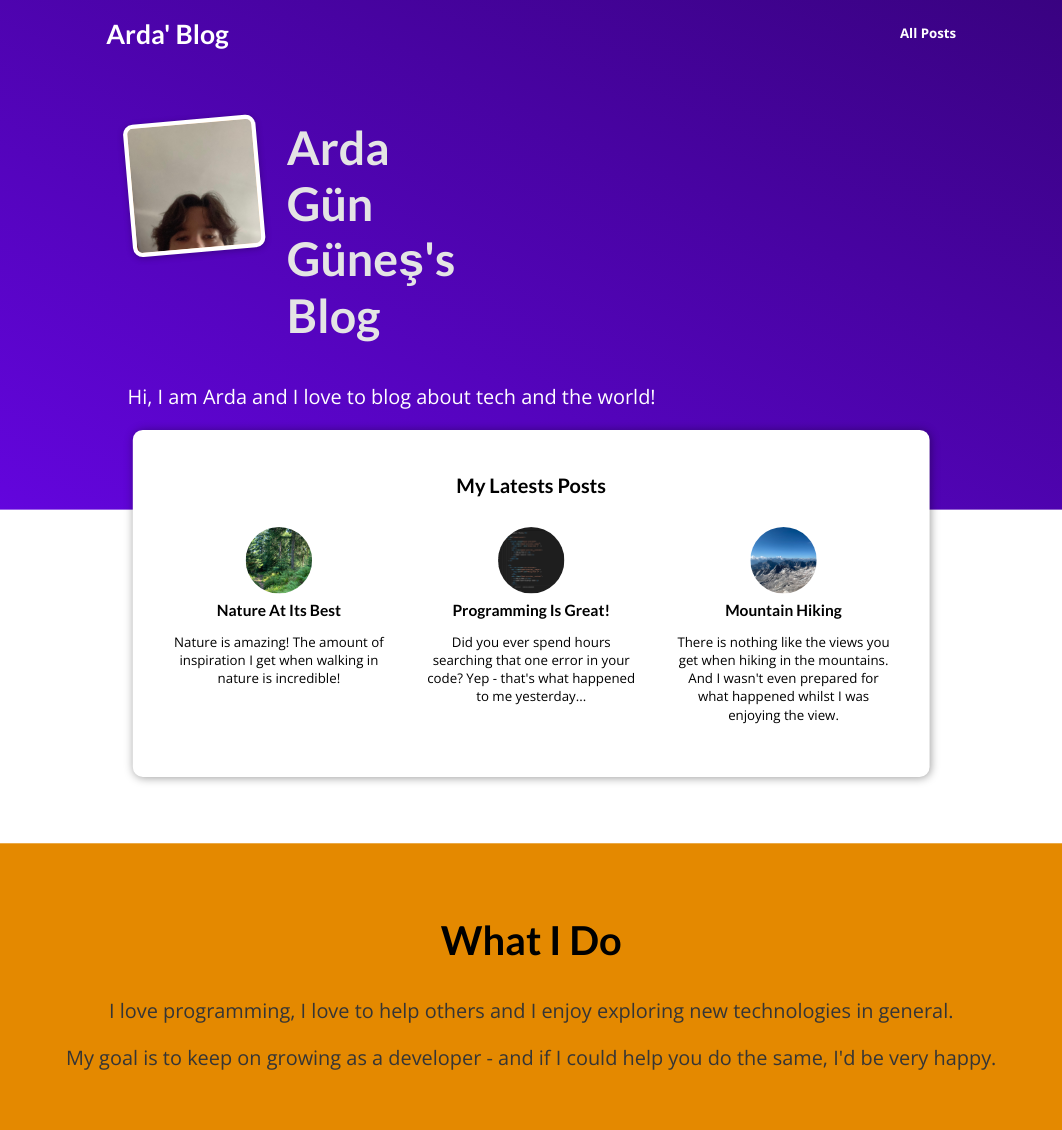
Repository: ardagungunes/my-blog
Page: http://localhost/
An editor plug-in stored every save of this project. The page is shown before and after the next save, followed by the edit.
The browser window is 1280 px wide. The pictures show the whole page, at 83% of full size.
The page is served by the project's application, run on Django 5.2 (manage.py). Other server files are loaded and not shown.

Above is the page before, as saved 2024-08-06 18:51:17.

### blog/templates/blog/index.html
{% extends "base.html" %}
{%load static%}

{% block title%}

My Blog

{%endblock%}

{%block css_files%}
    <link rel="stylesheet" href="{%static "blog/post.css"%}">
    <link rel="stylesheet" href="{%static "blog/index.css"%}">
{%endblock%}

{% block content %}



<section id="welcome">
    <header>
        <img src="{% static "blog/images/Arda.jpeg" %}" alt="Arda The Author Of This Blog" />
        <h2>Arda Gün Güneş's Blog</h2>
    </header>
    <p>Hi, I am Arda and I love to blog about tech and the world!</p>
</section>

<section id="latest-posts">
    <h2>My Latests Posts</h2>

    <ul>
        {%for post in posts%}
            {% include "blog/includes/post.html" %}
        {%endfor%}
    </ul>
</section>

<section id="about">
 <h2>What I Do</h2>
 <p>
    I love programming, I love to help others and I enjoy exploring new technologies in general.
 </p>
 <p>
    My goal is to keep on growing as a developer - and if I could help you do the same, I'd be very happy.
 </p>
</section>

{%endblock%}

### templates/base.html
{% load static %}

<!DOCTYPE html>
<html lang="en">
  <head>
    <meta charset="UTF-8" />
    <meta name="viewport" content="width=device-width, initial-scale=1.0" />
    <title>{% block title %}{% endblock %}</title>
    <link rel="stylesheet" href="{% static "app.css"%}">
    {% block css_files %}{% endblock %}
  </head>
  <body>
    <header id="main-navigation">
      <h1><a href="{% url "starting-page"%}"> Arda' Blog </a></h1>
      <nav>
          <a href="{% url "posts-page"%}"> All Posts </a>
      </nav>
  </header>
    {% block content %}{% endblock %}
  </body>
</html>

### blog/templates/blog/includes/post.html
{%load static%}

<li>
    <article class="post">
        <a href="{%url "post-detail-page" post.slug%}">
            <img src="{%static "blog/images/"|add:post.image%}" alt={{post.title}}/>
            <div class="post__content">
                <h3> {{post.title}}</h3>
                <p>
                    {{post.excerpt}}
                </p>
            </div>
        </a>
    </article>
</li>

### blog/views.py
from datetime import date

from django.shortcuts import render
from django.http import HttpResponse

all_posts = [
    {
        "slug": "hike-in-the-mountains",
        "image": "mountains.jpg",
        "author": "Arda",
        "date": date(2024,7,26),
        "title": "Mountain Hiking",
        "excerpt": "There is nothing like the views you get when hiking in the mountains. And I wasn't even prepared for what happened whilst I was enjoying the view.",
        "content": """Cum consectetur nihil, aut quam pariatur asperiores. Laborum reprehenderit
        deserunt saepe suscipit, officiis neque repellendus esse doloribus quibusdam quasi, quo quis doloribus
        eaque unde saepe laboriosam officia? Illo magnam consectetur qui ipsum esse similique sit dolore aliquid?
        Impedit maxime iusto soluta ab vero minus cum ad. Labore officiis alias quis aspernatur, tempore facilis error nulla magni
        maiores sunt nostrum architecto voluptates vel?
        Eveniet cum provident ipsum laboriosam suscipit repellendus eos facilis, laudantium fugit temporibus aut neque perspiciatis officia animi optio voluptates eaque? Enim voluptatibus obcaecati aliquid reiciendis cum amet illo quidem dolorem nihil
        fugit, non nihil asperiores beatae eaque at dolore voluptatibus culpa incidunt.
        Incidunt sint soluta sit vero laboriosam sed, obcaecati magnam in reprehenderit nobis necessitatibus temporibus, consectetur cumque
        voluptatibus praesentium facilis atque distinctio rerum consequatur libero? Nobis sequi odio facilis ut consequatur autem rem sed, rerum aut obcaecati possimus perspiciatis culpa quaerat ex architecto autem molestias labore, laborum ex fugiat voluptate aperiam, rerum nobis dolores harum ipsam tempora commodi. Tempore ducimus corporis quia exercitationem dolorem facilis eveniet, nostrum explicabo facere fugiat eum sequi laboriosam minima soluta iste at, animi veniam consequatur eius dolore placeat soluta dicta facere amet error."""
    },
    {
        "slug": "programming-is-fun",
        "image": "coding.jpg",
        "author": "Maximilian",
        "date": date(2022, 3, 10),
        "title": "Programming Is Great!",
        "excerpt": "Did you ever spend hours searching that one error in your code? Yep - that's what happened to me yesterday...",
        "content": """
          Lorem ipsum dolor sit amet consectetur adipisicing elit. Officiis nobis
          aperiam est praesentium, quos iste consequuntur omnis exercitationem quam
          velit labore vero culpa ad mollitia? Quis architecto ipsam nemo. Odio.

          Lorem ipsum dolor sit amet consectetur adipisicing elit. Officiis nobis
          aperiam est praesentium, quos iste consequuntur omnis exercitationem quam
          velit labore vero culpa ad mollitia? Quis architecto ipsam nemo. Odio.

          Lorem ipsum dolor sit amet consectetur adipisicing elit. Officiis nobis
          aperiam est praesentium, quos iste consequuntur omnis exercitationem quam
          velit labore vero culpa ad mollitia? Quis architecto ipsam nemo. Odio.
        """
    },
    {
        "slug": "into-the-woods",
        "image": "woods.jpg",
        "author": "Maximilian",
        "date": date(2020, 8, 5),
        "title": "Nature At Its Best",
        "excerpt": "Nature is amazing! The amount of inspiration I get when walking in nature is incredible!",
        "content": """
          Lorem ipsum dolor sit amet consectetur adipisicing elit. Officiis nobis
          aperiam est praesentium, quos iste consequuntur omnis exercitationem quam
          velit labore vero culpa ad mollitia? Quis architecto ipsam nemo. Odio.

          Lorem ipsum dolor sit amet consectetur adipisicing elit. Officiis nobis
          aperiam est praesentium, quos iste consequuntur omnis exercitationem quam
          velit labore vero culpa ad mollitia? Quis architecto ipsam nemo. Odio.

          Lorem ipsum dolor sit amet consectetur adipisicing elit. Officiis nobis
          aperiam est praesentium, quos iste consequuntur omnis exercitationem quam
          velit labore vero culpa ad mollitia? Quis architecto ipsam nemo. Odio.
        """
    }
]

def get_date(post):
    return post['date']

def get_single_post(slug):
    for post in all_posts:
        if slug == post["slug"]:
            return post



# Create your views here.

def starting_page(request):
    sorted_posts = sorted(all_posts, key= get_date)
    latest_posts = sorted_posts[-3:]
    return render(request, "blog/index.html", {
        "posts": latest_posts
    })

def posts(request):
    return render(request, "blog/all-posts.html",{
        "all_posts": all_posts
    })

def post_detail(request, slug):
    return render(request, "blog/post-detail.html",{
        "single_post": get_single_post(slug)
    })

### my_site/urls.py
"""
URL configuration for my_site project.

The `urlpatterns` list routes URLs to views. For more information please see:
    https://docs.djangoproject.com/en/5.0/topics/http/urls/
Examples:
Function views
    1. Add an import:  from my_app import views
    2. Add a URL to urlpatterns:  path('', views.home, name='home')
Class-based views
    1. Add an import:  from other_app.views import Home
    2. Add a URL to urlpatterns:  path('', Home.as_view(), name='home')
Including another URLconf
    1. Import the include() function: from django.urls import include, path
    2. Add a URL to urlpatterns:  path('blog/', include('blog.urls'))
"""
from django.contrib import admin
from django.urls import path, include

urlpatterns = [
    path('admin/', admin.site.urls),
    path("", include("blog.urls"))
]

### blog/urls.py
from django.urls import path
from . import views

urlpatterns = [
    path("", views.starting_page, name="starting-page"),
    path("posts", views.posts, name="posts-page"),
    path("posts/<slug:slug>", views.post_detail, name="post-detail-page")
]

### static/app.css
@import url('https://fonts.googleapis.com/css2?family=Lato:wght@400;700&family=Open+Sans:wght@400;700&display=swap');

* {
  box-sizing: border-box;
}

html {
  font-family: 'Open Sans', 'Lato', sans-serif;
}

body {
  margin: 0;
}

h1,
h2,
h3 {
  font-family: 'Lato', sans-serif;
  font-weight: bold;
}

#main-navigation {
  width: 100%;
  height: 5rem;
  display: flex;
  justify-content: space-between;
  align-items: center;
  padding: 0 10%;
  position: absolute;
  top: 0;
  left: 0;
}

#main-navigation a {
  text-decoration: none;
  color: white;
  font-weight: bold;
}

#main-navigation a:hover,
#main-navigation a:active {
  color: #cf79f1;
}

#main-navigation h1 a:hover,
#main-navigation h1 a:active {
  color: white;
}

### blog/static/blog/index.css
#welcome {
    background: linear-gradient(to right top, #6305dd, #390281);
    padding: 6rem 12%;
  }

  #welcome header {
    display: flex;
    align-items: flex-start;
    margin: 3rem auto;
  }

  #welcome img {
    width: 10rem;
    height: 10rem;
    object-fit: cover;
    object-position: top;
    border: 5px solid white;
    border-radius: 12px;
    background-color: #ffe1bf;
    transform: rotateZ(-5deg);
    box-shadow: 0 2px 8px rgba(0, 0, 0, 0.25);
  }

  #welcome h2 {
    font-size: 3.5rem;
    margin: 0 0 0 2rem;
    color: #e4e4e4;
    width: 10rem;
  }

  #welcome p {
    color: white;
    font-size: 1.5rem;
  }

  #latest-posts {
    background-color: white;
    padding: 2rem;
    border-radius: 12px;
    width: 60rem;
    margin: -6rem auto 2rem auto;
    box-shadow: 1px 1px 12px rgba(0, 0, 0, 0.4);
  }

  #latest-posts h2 {
    text-align: center;
  }

  #latest-posts ul {
    list-style: none;
    margin: 0;
    padding: 0;
    display: flex;
    gap: 1rem;
  }

  #latest-posts li {
    flex: 1;
  }

  #about {
    text-align: center;
    padding: 3rem;
    background-color: #e48900;
    margin-top: 5rem;
  }

  #about h2 {
    font-size: 3rem;
  }

  #about p {
    font-size: 1.5rem;
    color: #353535;
  }

Loaded but not shown: blog/static/blog/post.css (common file)

After the next save:
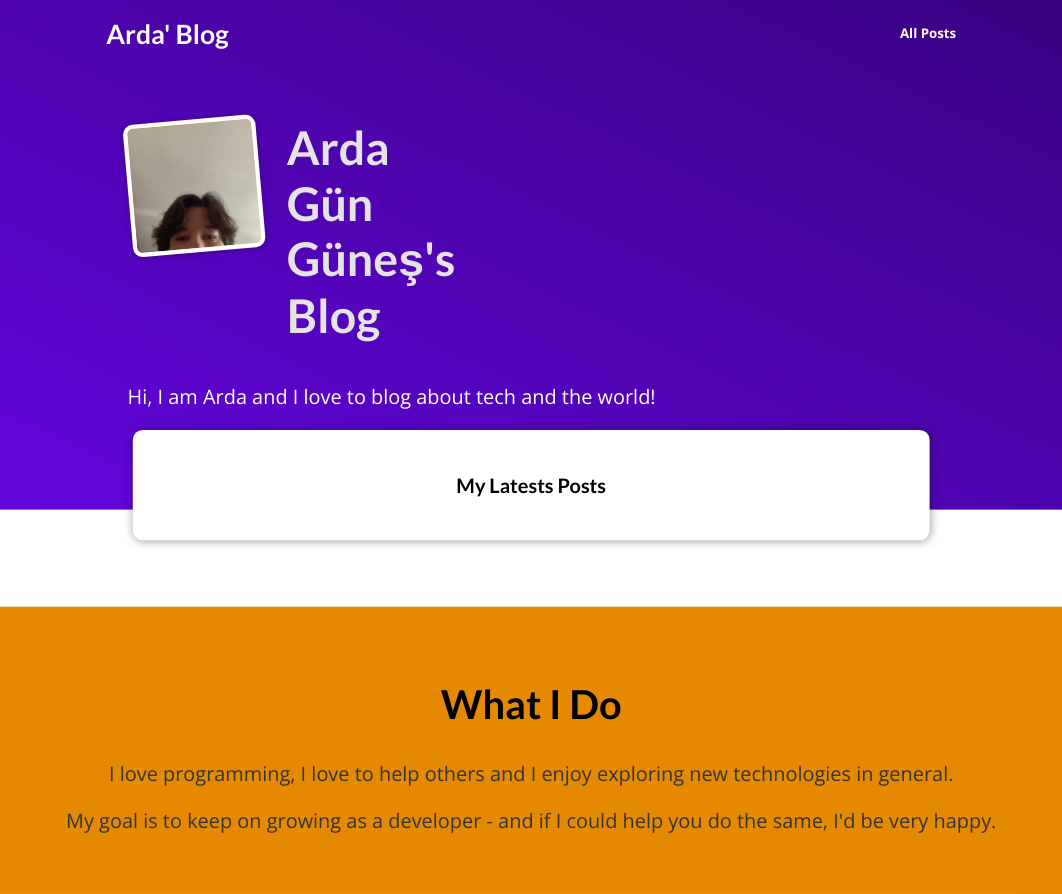
Saved 3 min 25 s later.
--- a/blog/views.py
+++ b/blog/views.py
@@ -4,65 +4,7 @@ from django.shortcuts import render
 from django.http import HttpResponse
 
 all_posts = [
-    {
-        "slug": "hike-in-the-mountains",
-        "image": "mountains.jpg",
-        "author": "Arda",
-        "date": date(2024,7,26),
-        "title": "Mountain Hiking",
-        "excerpt": "There is nothing like the views you get when hiking in the mountains. And I wasn't even prepared for what happened whilst I was enjoying the view.",
-        "content": """Cum consectetur nihil, aut quam pariatur asperiores. Laborum reprehenderit
-        deserunt saepe suscipit, officiis neque repellendus esse doloribus quibusdam quasi, quo quis doloribus
-        eaque unde saepe laboriosam officia? Illo magnam consectetur qui ipsum esse similique sit dolore aliquid?
-        Impedit maxime iusto soluta ab vero minus cum ad. Labore officiis alias quis aspernatur, tempore facilis error nulla magni
-        maiores sunt nostrum architecto voluptates vel?
-        Eveniet cum provident ipsum laboriosam suscipit repellendus eos facilis, laudantium fugit temporibus aut neque perspiciatis officia animi optio voluptates eaque? Enim voluptatibus obcaecati aliquid reiciendis cum amet illo quidem dolorem nihil
-        fugit, non nihil asperiores beatae eaque at dolore voluptatibus culpa incidunt.
-        Incidunt sint soluta sit vero laboriosam sed, obcaecati magnam in reprehenderit nobis necessitatibus temporibus, consectetur cumque
-        voluptatibus praesentium facilis atque distinctio rerum consequatur libero? Nobis sequi odio facilis ut consequatur autem rem sed, rerum aut obcaecati possimus perspiciatis culpa quaerat ex architecto autem molestias labore, laborum ex fugiat voluptate aperiam, rerum nobis dolores harum ipsam tempora commodi. Tempore ducimus corporis quia exercitationem dolorem facilis eveniet, nostrum explicabo facere fugiat eum sequi laboriosam minima soluta iste at, animi veniam consequatur eius dolore placeat soluta dicta facere amet error."""
-    },
-    {
-        "slug": "programming-is-fun",
-        "image": "coding.jpg",
-        "author": "Maximilian",
-        "date": date(2022, 3, 10),
-        "title": "Programming Is Great!",
-        "excerpt": "Did you ever spend hours searching that one error in your code? Yep - that's what happened to me yesterday...",
-        "content": """
-          Lorem ipsum dolor sit amet consectetur adipisicing elit. Officiis nobis
-          aperiam est praesentium, quos iste consequuntur omnis exercitationem quam
-          velit labore vero culpa ad mollitia? Quis architecto ipsam nemo. Odio.
 
-          Lorem ipsum dolor sit amet consectetur adipisicing elit. Officiis nobis
-          aperiam est praesentium, quos iste consequuntur omnis exercitationem quam
-          velit labore vero culpa ad mollitia? Quis architecto ipsam nemo. Odio.
-
-          Lorem ipsum dolor sit amet consectetur adipisicing elit. Officiis nobis
-          aperiam est praesentium, quos iste consequuntur omnis exercitationem quam
-          velit labore vero culpa ad mollitia? Quis architecto ipsam nemo. Odio.
-        """
-    },
-    {
-        "slug": "into-the-woods",
-        "image": "woods.jpg",
-        "author": "Maximilian",
-        "date": date(2020, 8, 5),
-        "title": "Nature At Its Best",
-        "excerpt": "Nature is amazing! The amount of inspiration I get when walking in nature is incredible!",
-        "content": """
-          Lorem ipsum dolor sit amet consectetur adipisicing elit. Officiis nobis
-          aperiam est praesentium, quos iste consequuntur omnis exercitationem quam
-          velit labore vero culpa ad mollitia? Quis architecto ipsam nemo. Odio.
-
-          Lorem ipsum dolor sit amet consectetur adipisicing elit. Officiis nobis
-          aperiam est praesentium, quos iste consequuntur omnis exercitationem quam
-          velit labore vero culpa ad mollitia? Quis architecto ipsam nemo. Odio.
-
-          Lorem ipsum dolor sit amet consectetur adipisicing elit. Officiis nobis
-          aperiam est praesentium, quos iste consequuntur omnis exercitationem quam
-          velit labore vero culpa ad mollitia? Quis architecto ipsam nemo. Odio.
-        """
-    }
 ]
 
 def get_date(post):
